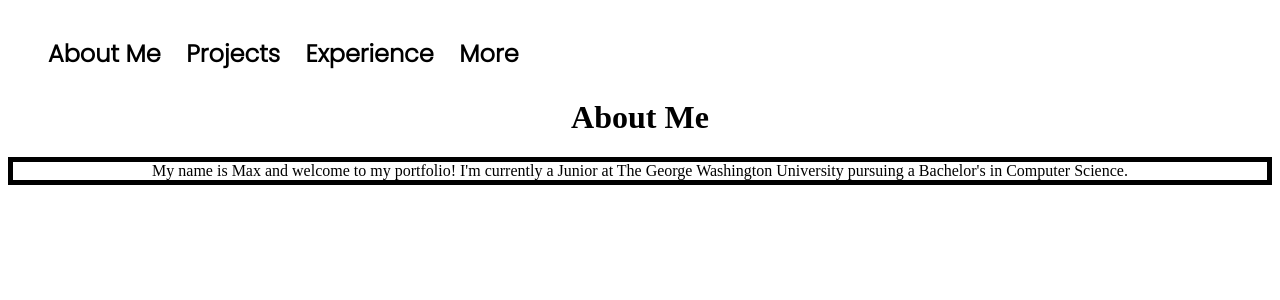
Repository: notMaximilian/maximilianaquino.github.io
Page: about.html
An editor plug-in stored every save of this project. The page is shown before and after a run of saves, followed by the edit.
The browser window is 1280 px wide. The pictures show the whole page.

Above is the page before, as saved 2022-02-10 09:45:14.

After the next 2 saves:
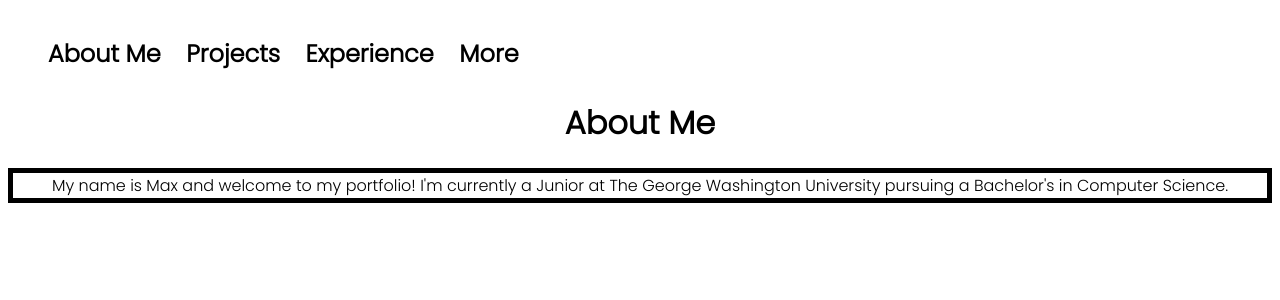
The 2 saves are shown as one change because they came seconds apart.
The last was saved 13 s later.
--- a/css/subpage.css
+++ b/css/subpage.css
@@ -31,11 +31,13 @@ li{
 }
 
 h1{
+    font-family: "Poppins", sans-serif;
     text-align: center;
     margin-top: 4vh;
 }
 
 p{
+    font-family: "Poppins", sans-serif;
     text-align: center;
     border: 5px solid black;
 }
